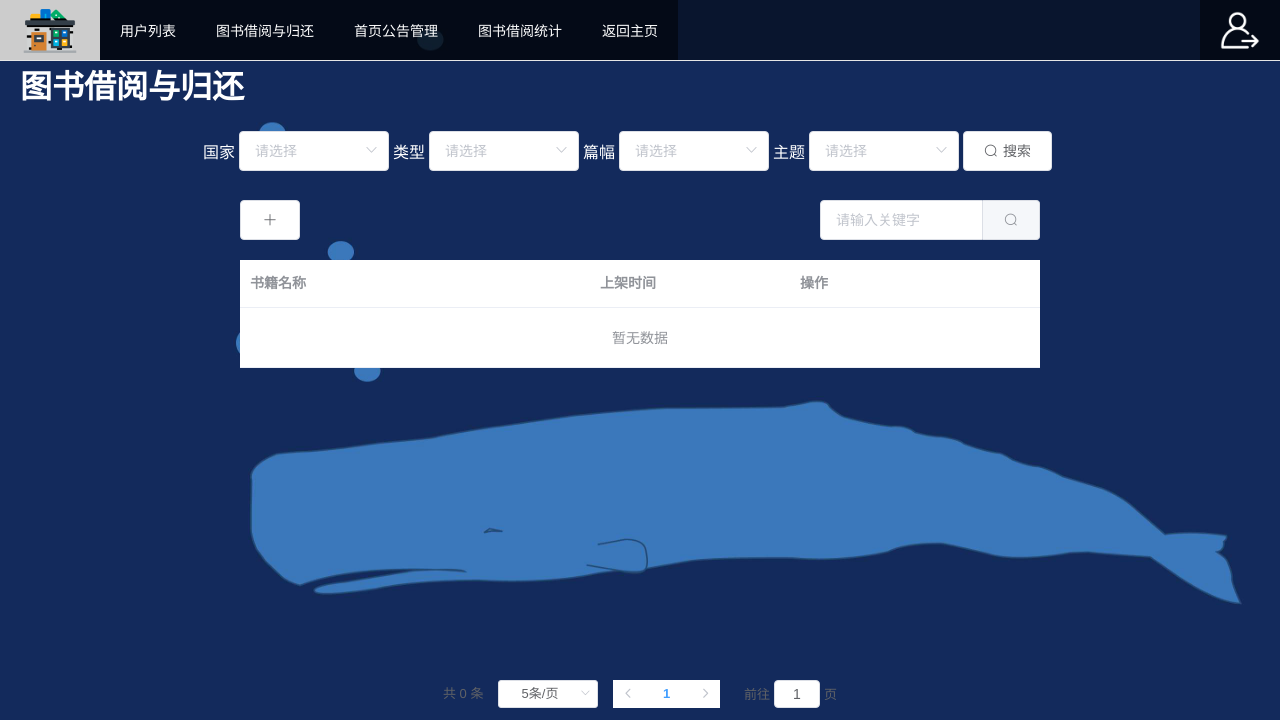
Repository: Akron-xz/helloVue
Page: /#/booksearch (app in vue-library/)
An editor plug-in stored every save of this project. The page is shown before and after the next save, followed by the edit.
The browser window is 1280 px wide. The pictures show the whole page.
The page's requests for data from a server got no answer. The project was rebuilt for these pictures with package versions that can differ from the ones it lists, and the page was loaded fresh each time. No one was signed in, and anything a server would have sent is missing. Also part of the build but not shown: vue-library/src/components/homeNav.vue, vue-library/src/views/Home.vue.

Above is the page before, as saved 2020-11-25 21:23:46.

### vue-library/src/main.js
import Vue from 'vue'
import App from './App.vue'
import ElementUI from 'element-ui';
import 'element-ui/lib/theme-chalk/index.css';
import axios from "axios"
import router from './router'
import Router from 'vue-router'

const routerPush = Router.prototype.push
Router.prototype.push = function push(location) {
    return routerPush.call(this, location).catch(error => error)
}

Vue.config.productionTip = false
Vue.use(ElementUI);
Vue.prototype.$axios = axios;


new Vue({
    router,
    render: h => h(App)
}).$mount('#app')

### vue-library/src/router/index.js
import Vue from 'vue'
import VueRouter from 'vue-router'
import Home from '../views/Home.vue'


Vue.use(VueRouter)

const routes = [{
        path: '/',
        name: 'Home',
        component: Home
    },
    {
        path: '/about',
        name: 'About',
        // route level code-splitting
        // this generates a separate chunk (about.[hash].js) for this route
        // which is lazy-loaded when the route is visited.
        component: () =>
            import ( /* webpackChunkName: "about" */ '../views/About.vue')
    },
    {
        path: '/admin',
        name: 'Admin',
        // route level code-splitting
        // this generates a separate chunk (about.[hash].js) for this route
        // which is lazy-loaded when the route is visited.
        component: () =>
            import ( /* webpackChunkName: "about" */ '../views/Administrator.vue')
    },
    {
        path: "/userLogin",
        name: "UserLogin",
        component: () =>
            import ('../views/UserLogin.vue')
    },
    {
        path: "/user",
        name: "User",
        component: () =>
            import ( /* webpackChunkName: "about" */ '../views/User.vue')
    },
    {
        path: "/signup",
        name: "SignUp",
        component: () =>
            import ('../views/SignUp.vue')
    },
    {
        path: "/adminmain",
        name: "AdminMain",
        component: () =>
            import ('../views/AdminMain.vue')
    },
    {

        path: "/MyInformation",
        name: "MyInformation",
        component: () =>
            import ('../views/MyInformation.vue')
    },
    {
        path: "/library",
        name: "Library",
        component: () =>
            import ( /* webpackChunkName: "about" */ '../views/Library.vue')

    },
    {
        path: "/modifymsg",
        name: "ModifyMsg",
        component: () =>
            import ('../views/ModifyMsg.vue')
    },
    {
        path: "/borrowhistory",
        name: "BorrowHistory",
        component: () =>
            import ('../views/BorrowHistory.vue')
    },
    {
        path: "/newissue",
        name: "NewIssue",
        component: () =>
            import ('../views/NewIssue.vue')
    },
    {
        path: "/booksearch",
        name: "BookSearch",
        component: () =>
            import ('../views/BookSearch.vue')
    },
    {
        path: "/MyBookshelves",
        name: "MyBookshelves",
        component: () =>
            import ('../views/MyBookshelves.vue')
    },
    {
        path: "/modifyAnnounce",
        name: "ModifyAnnounce",
        component: () =>
            import ('../views/ModifyAnnounce.vue')
    },
    {
        path: "/statistics",
        name: "Statistics",
        component: () =>
            import ('../views/Statistics.vue')
    },


]

const router = new VueRouter({
    routes
})

export default router

### vue-library/src/views/BookSearch.vue
<template >
  <div class="search-container">
    <Navigation></Navigation>

    <div v-show="ModifyTableDisplay">
      <div v-show="InsertTableDisplay">
        <h1 class="search-title">图书借阅与归还</h1>
        <div class="choiceBox">
          <table :rules="rules" ref="ruleForm">
            <tr>
              <td class="select-header">国家</td>
              <td>
                <el-select v-model="couId" placeholder="请选择" style="width: 150px" clearable>
                  <el-option
                    v-for="item in country" :key="item.countryId" :label="item.countryName"
                    :value="item.countryId"
                  ></el-option>
                </el-select>
              </td>
              <td class="select-header">类型</td>
              <td>
                <el-select v-model="tyId" placeholder="请选择" style="width: 150px" clearable>
                  <el-option
                    v-for="item in type" :key="item.typeId" :label="item.typeName"
                    :value="item.typeId"
                  ></el-option>
                </el-select>
              </td>
              <td class="select-header">篇幅</td>
              <td>
                <el-select v-model="pagenumber" placeholder="请选择" style="width: 150px" clearable>
                  <el-option
                    v-for="item in pages" :key="item.pageId" :label="item.pageName"
                    :value="item.pageId"
                  ></el-option>
                </el-select>
              </td>
              <td class="select-header">主题</td>
              <td>
                <el-select v-model="thId" placeholder="请选择" style="width: 150px" clearable>
                  <el-option
                    v-for="item in theme" :key="item.themeId" :label="item.themeName" :value="item.themeId"
                  ></el-option>
                </el-select>
              </td>
              <td>
              <el-button type="" icon="el-icon-search" @click="selectByLabel">搜索</el-button>

              </td>



            </tr>
          </table>
        </div>




        <div class="searchBox">
        <el-button class="insert-btn" type="" icon="el-icon-plus"  @click="MsgInsert"></el-button>
          <el-input placeholder="请输入关键字" style="width: 220px" class="input-with-select"
          v-model="key"
          @keyup.enter.native="searchContent">
          <el-button slot="append" icon="el-icon-search" @click="selectByKey"></el-button>
        </el-input>
        </div>

        <div class="table-box">
          <el-table
            :data="lists.slice((page.currentPage - 1) * page.pageSize,
                page.currentPage * page.pageSize)" max-height="350"
            style="width: 100%">

            <el-table-column prop="bookName" label="书籍名称" width="350">
            </el-table-column>
            <el-table-column prop="onTimeStr" label="上架时间" width="200">
            </el-table-column>
            <el-table-column label="操作">
              <template slot-scope="scope">
                <el-button @click="MsgModify(scope.row)" type="primary " class="edit-btn"
                  size="small">编辑</el-button>
                  <el-button @click="bookHistoryOfUser(scope.row)" type="primary " class="edit-btn"
                  size="small">查看</el-button>
              </template>
            </el-table-column>
          </el-table>
        </div>
        <!-- 分页器 -->
        <div class="block" style="margin-top: 465px">
          <el-pagination
            align="center"
            @size-change="handleSizeChange"
            @current-change="handleCurrentChange"
            :current-page="page.currentPage"
            :page-sizes="[1, 5, 10, 20]"
            :page-size="page.pageSize"
            layout="total, sizes, prev, pager, next, jumper"
            :total="lists.length"
            style="cursor:pointer;"
            title="回车确认"
          >
          </el-pagination>

        </div>
      </div>
    </div>
    <!-- 添加书籍弹窗 -->

    <div class="MsgModify-box" v-show="!InsertTableDisplay">
    <div class="bookName-box">
    书名<input type="text" v-model="addBookData.bookName" style="width: 752px; height: 35px"
    placeholder="请输入">
    </div>
      <table >
       <!-- <tr>

          <td style="font-size: 25px">书名</td>
          <td>
            <input type="text" v-model="addBookData.bookName" style="width: 210px; height: 35px"
              placeholder="请输入"
            />

          </td>
        </tr>-->
        <tr>
          <td>国家</td>
          <td>
            <el-select v-model="addBookData.country.countryId" placeholder="请选择" clearable>
              <el-option  v-for="item in country"  :key="item.countryId" :label="item.countryName"
                :value="item.countryId"
              ></el-option>
            </el-select>
          </td>
          <td>类型</td>
          <td>
            <el-select v-model="addBookData.type.typeId" placeholder="请选择" clearable
            >
              <el-option v-for="item in type" :key="item.typeId"  :label="item.typeName"
                :value="item.typeId"
              ></el-option>
            </el-select>
          </td>
          <td>上架数量</td>
          <td>
            <el-input placeholder="上架数量" v-model="addBookData.onNumber">
            </el-input>
          </td>
        </tr>
        <tr>
          <td>篇幅</td>
          <td>
            <el-select v-model="addBookData.pages" placeholder="请选择" clearable>
              <el-option
                v-for="item in pages" :key="item.pageId" :label="item.pageName"
                :value="item.pageId"
              ></el-option>
            </el-select>
          </td>
          <td>主题</td>
          <td>
            <el-select v-model="addBookData.theme.themeId" placeholder="请选择" clearable>
              <el-option
                v-for="item in theme" :key="item.themeId" :label="item.themeName"
                :value="item.themeId"
              >
              </el-option>
            </el-select>
          </td>
          <td>下架数量</td>
          <td>
            <el-input v-model="addBookData.offNumId" ></el-input>
          </td>
        </tr>
        <tr>
          <td>简介:</td>
        </tr>
        <div class="briefBox">
          <textarea name="txt" clos="50" rows="5" warp="virtual"
            style="width: 760px;height: 150px"
            v-model="addBookData.brief"
          ></textarea>
          <div class="MsgSave-btn">
            <el-button type="primary" @click="MsgSaveI()">保存</el-button>
          </div>
        </div>
      </table>
    </div>
    <!-- 编辑弹窗 -->
    <div class="MsgModify-box" v-show="!ModifyTableDisplay">
    <div class="bookName-box">
    书名<input type="text" v-model="bookData[0].bookName" style="width: 752px; height: 35px"
  >
    </div>
      <table>
        <!--<tr>
          <td></td>
          <td></td>
          <td style="font-size: 25px">书名</td>
          <td>
            <input
              type="text"
              v-model="bookData[0].bookName"
              style="width: 210px; height: 35px"
            />
          </td>
        </tr>-->
        <tr>
          <td>国家</td>
          <td>
            <el-select
              v-model="bookData[0].country.countryId"
              placeholder="请选择"
              clearable
            >
              <el-option
                v-for="item in country" :key="item.countryId" :label="item.countryName"
                :value="item.countryId"
              ></el-option>
            </el-select>
          </td>
          <td>类型</td>
          <td>
            <el-select v-model="bookData[0].type.typeId" placeholder="请选择" clearable>
              <el-option
                v-for="item in type" :key="item.typeId" :label="item.typeName"
                :value="item.typeId"
              ></el-option>
            </el-select>
          </td>
          <td>上架数量</td>
          <td>
           <el-input v-model="bookData[0].onNumber" placeholder="上架数量"></el-input>

          </td>
        </tr>
        <tr>
          <td>篇幅</td>
          <td>
            <el-select v-model="bookData[0].pages" placeholder="请选择" clearable>
              <el-option
                v-for="item in pages" :key="item.pageId" :label="item.pageName"
                :value="item.pageId"
              ></el-option>
            </el-select>
          </td>
          <td>主题</td>
          <td>
            <el-select v-model="bookData[0].theme.themeId" placeholder="请选择" clearable>
              <el-option
                v-for="item in theme"  :key="item.themeId"  :label="item.themeName"
                :value="item.themeId"
              >
              </el-option>
            </el-select>
          </td>
          <td>下架数量</td>
          <td>
           <el-input v-model="bookData[0].offNumber" placeholder="下架数量"></el-input>

          </td>
        </tr>
        <tr>
          <td>简介</td>
        </tr>

      </table>
      <div class="briefBox">
        <textarea name="txt" clos=",50" rows="5" warp="virtual"
          style="width: 760px; height: 150px"
          v-model="bookData[0].brief"
        ></textarea>
        <div class="MsgSave-btn">
          <el-button type="primary" @click="MsgSaveM">保存</el-button>
        </div>
      </div>
    </div>
    <el-dialog title="借阅用户" :visible.sync="bookHistoryIfo"
        :append-to-body="true"
        :modal-append-to-body="false"
        :center="true">
  <el-table :data="borrowLists">
     <el-table-column property="user.name" label="用户名" width="80"></el-table-column>
     <el-table-column property="borrowTimeStr" label="借阅时间" width="150"></el-table-column>
      <el-table-column property="returnTimeStr" label="归还时间" width="150"></el-table-column>
      <el-table-column property="borrowStatesStr" label="状态" width="150">
      </el-table-column>
  </el-table>
</el-dialog>
  </div>
</template>
<script>
import Navigation from "@/components/Nav.vue";
import axios from "axios";
export default {
  components: {
    Navigation,
  },
  methods: {
    // 编辑按钮
    MsgModify(row) {
      this.ModifyTableDisplay = !this.ModifyTableDisplay;
      this.bookData = [row];
      console.log(this.bookName);
      console.log(row);
    },
    //
    bookHistoryOfUser(row){
      this.bookHistoryIfo = !this.bookHistoryIfo
      this.bookData = [row];
      axios({
        method:"get",
        url:"http://localhost:8081/book/borrows",
        params:{
          id:this.bookData[0].bookId
        }
      }).then(res=>{
        console.log(res.data);
        this.borrowLists = res.data;
        // this.borrowLists.userName = res.data.user.name;
        // this.borrowLists.borrowTime = res.data.borrowTimeStr;
        // this.borrowLists.returnTime = res.data.returnTimeStr
        // this.borrowLists.borrowStates = res.data.borrowStates ? "借出" : "归还";
        console.log(this.borrowLists);
      })
      },
    // 保存按钮
    MsgSaveM() {
      if(this.bookData[0].bookName==""){
        this.$message({
          message:"书名不能为空",
          type:"error"
        });
      }else{
               axios({
        method:"post",
        url:"http://localhost:8081/book/update/",
        data:{
         bookId:this.bookData[0].bookId,
         bookName:this.bookData[0].bookName,
         country:{
           countryId:this.bookData[0].country.countryId,
         },
         type:{
           typeId:this.bookData[0].type.typeId,
         },
         theme:{
           themeId:this.bookData[0].theme.themeId,
         },
         brief:this.bookData[0].brief,
         onNumber:this.bookData[0].onNumber,
         offNumber:this.bookData[0].offNumber,
         pages:this.bookData[0].pages,
         onTime:this.bookData[0].onTime,
         offTime:this.bookData[0].offTime,
         surplusNumber:(this.bookData[0].onNumber-this.bookData[0].offNumber),
         borrows:this.bookData[0].borrows,

        }
      }).then(res=>{
          this.$message({
          message:"图书"+res.data,
          type:"success"
        });
      })
      this.ModifyTableDisplay = !this.ModifyTableDisplay;
      }

    },
    MsgInsert() {
      this.InsertTableDisplay = !this.InsertTableDisplay;
    },
    MsgSaveI() {
      axios({
        method:"post",
        url:"http://localhost:8081/book/add/",
        data:{
        bookName:this.addBookData.bookName,
        country:{
        countryId:this.addBookData.country.countryId,
         },
         type:{
           typeId:this.addBookData.type.typeId,
         },
         theme:{
           themeId:this.addBookData.theme.themeId,
         },
         brief:this.addBookData.brief,
         onNumber:this.addBookData.onNumber,
         pages:this.addBookData.pages,
         offNumber:0,
         surplusNumber:this.addBookData.onNumber
        }
      })
      this.InsertTableDisplay = !this.InsertTableDisplay;
       },


    handleSizeChange(val) {
      console.log(`每页 ${val} 条`);
      this.page.currentPage = 1;
      this.page.pageSize = val;
    },
    handleCurrentChange(val) {
      console.log(`当前页: ${val}`);
      this.page.currentPage = val;
    },
    selectByLabel() {
      axios
        .post(
          "http://localhost:8081/book/list/label",

          {
            countryId: this.couId,
            typeId: this.tyId,
            themeId: this.thId,
            lengthRange: this.pagenumber,
          },
          { emulateJSON: true }
        )
        .then((res) => {
          this.lists = res.data;
          console.log(this.lists);
        })
        .catch((err) => console.log("error...", err));
    },
    selectByKey() {
      axios
        .get("http://localhost:8081/book/list/key", {
          params: {
            key: this.key,
          },
        })
        .then((res) => {
          this.lists = res.data;
          this.key = "";
        })
        .catch((err) => console.log("error...", err));
    },
  },

  data() {
    return {
      couId: "",
      tyId: "",
      thId: "",
      input: "",
      onNumId: "",
      offNumId: "",
      key: "",
      pagenumber: "",
      borrowLists:[
        // {
        //   userName:"",
        //   borrowTime:"",
        //   returnTime:"",
        //   borrowStates:"",
        // }
      ],
      bookData: [
        {
          bookId:0,
          bookName: "1",
          country: {
            countryId: "",
            countryName: "",
          },
          type: {
            typeId: 0,
            typeName: "",
          },
          theme: {
            themeId: 0,
            themeName: "",
          },
          onNumber: 0,
          offNumber:0,
          pages: 0,
          brief: "暂无",
          onTime:"",
          offTime:"",
          surplusNumber:"",
          borrows:""
        },
      ],
      bookName: "",
      bookHistoryIfo:false,
      ModifyTableDisplay: true,
      InsertTableDisplay: true,
      brief: "暂无",
      book_name: "",
      lists: [],
      country: [
        {
          countryId: 0,
          countryName: "",
        },
      ],

      // 类型
      type: [
        {
          typeId: 0,
          typeName: "",
        },
      ],

      // 篇幅

      // 主题

      pages: [
        {
          pageId: 1,
          pageName: "短篇",
        },
        {
          pageId: 2,
          pageName: "中篇",
        },
        {
          pageId: 3,
          pageName: "长篇",
        },
        {
          pageId: 4,
          pageName: "超长篇",
        },
      ],

      theme: [
        {
          themeId: 0,
          themeName: "",
        },
      ],

      onNumber: [
        {
          onNumberId: 0,
          onNumber: 0,
        },
      ],

      offNumber: [
        {
          offNumberId: 0,
          offNumber: 0,
        },
      ],

      page: {
        currentPage: 1, // 当前页码
        total: 20, // 总条数
        pageSize: 5, // 每页的数据条数
      },
      tableData: [
        {
          bookName: "1",
          country: {
            countryId: 0,
            countryName: "",
          },

          type: "3",
          theme: "4",
          brief: "5",
        },
      ],
      addBookData:{
         bookName: "",
          country: {
            countryId: "",
            countryName: "",
          },
          type: {
            typeId: "",
            typeName: "",
          },
          theme: {
            themeId: "",
            themeName: "",
          },
          onNumber: 0,
          offNumber:0,
          pages: "",
          brief: "暂无",
      },
       rules: {
          bookName: [
            { required: true, message: '选择不能为空', trigger: 'change' }
          ],
       }
    };
  },
  created() {
    axios

      .get("http://localhost:8081/book/list", {})
      .then((res) => {
        this.lists = res.data;
      })
      .catch((err) => console.log("error...", err));

    axios.get("http://localhost:8081/country/list").then((res) => {
      this.country = res.data;
    });
    axios.get("http://localhost:8081/type/list").then((res) => {
      this.type = res.data;
    });
    axios.get("http://localhost:8081/theme/list").then((res) => {
      this.theme = res.data;
    });
  },
};
</script>

<style scoped>
.search-container {
  position: fixed;
  left: 0;
  top: 0;
  width: 100%;
  height: 100%;
  background-image: url(/img/divBg/bg34.jpg);
  background-size: 100% 100%;
}

.choiceBox{
  position: fixed;
  width: 1000px;
  right: 50%;
  margin-right: -560px;
}
.table-box {
  position: fixed;
  top: 260px;
  left: 50%;
  margin-left: -400px;
  width: 800px;
}

.search-title {
  margin-top: 0px;
  margin-left: 20px;
  text-align: left;
  font-size: 32px;
  color: white;
}
.MsgModify-box {
  position: fixed;
  top: 240px;
  right: 50%;
  margin-right: -410px;
  color: white;
}
.briefBox {
  position: fixed;
  top: 335px;
  right: 50%;
  margin-right: -410px;
}
.searchBox{
  position: fixed;
  top: 200px;
  width: 200px;
  right: 50%;
  margin-right: -380px;
}
.select-header{
  color: white;
}
.insert-btn{
  position: fixed;
  width: 60px;
  right: 50%;
  margin-right: 340px;
}
.bookName-box{
 position: fixed;
 width: 800px;
 right: 50%;
margin-right: -407px;
 top: 200px;
 font-size: 20px;
}
.block{
  position: fixed;
  bottom: 10px;
  width: 600px;
  left: 50%;
  margin-left: -300px;
  color: white
}
</style>

### vue-library/src/components/Nav.vue
<template>

     <div class="navigation-bar">
      <el-menu
        class="el-menu-demo"
        mode="horizontal"
        @select="handleSelect"
        background-color="#00000080"
        text-color="#ffffff"
        text-font="15px">

        <el-menu-item @click="toMain">
                <img src="/img/libraryIcon.png" alt="" target="_self" class="libraryIcon">
            </el-menu-item>

        <el-menu-item index="1" @click="toSearchClient">
          <a  target="_self"  >用户列表</a></el-menu-item
        >
        <el-menu-item index="2" @click="toBooks">
          <a  target="_self">图书借阅与归还</a>
        </el-menu-item>

        <el-menu-item index="3" @click="toAnnounce">
          <a  target="_self">首页公告管理</a>
        </el-menu-item>
        <el-menu-item index="4" @click="toStatistics">
          <a  target="_self">图书借阅统计</a></el-menu-item
        >
        <el-menu-item index="5" @click="toHome">
          <a  target="_self">返回主页</a>
        </el-menu-item>

        <el-menu-item index="6" class="exitIcon">
                <img src="/img/logoutIconWhite.png" alt="" target="_self" class="logoutIcon" @click="logOut">
        </el-menu-item>

      </el-menu>

    </div>
</template>

<script>
export default {
    name:"Nav",
    data() {
      return {
        activeIndex: '1'
      }
    },
    methods: {
    handleSelect(key, keyPath) {
      console.log(key, keyPath);
    },
    toMain(){
      this.$router.push({path:'/adminmain'});
    },

    toSearchClient(){
      this.$router.push({path:'/newissue'});
    },
    toSearchFile(){
      this.$router.push({path:'/signup'});
    },
    toAnnounce(){
      this.$router.push({path:'/modifyannounce'});
    },
    toBooks(){
      this.$router.push({path:'/booksearch'});
    },
    toStatistics(){
      this.$router.push({path:'/Statistics'});
    },
    toHome(){
      this.$router.push({path:'/'});
    },
     logOut(){
      this.$router.push({path:'/'});
    },


  },

}
</script>>

<style scoped>
.libraryIcon{
  height: 60px;
  width: 60px;
}

.exitIcon{
  float: right;
}

.logoutIcon{
  height: 40px;
  width: 40px;
}
</style>>

Loaded but not shown: vue-library/public/index.html (common file); vue-library/src/App.vue (common file)

After the next save:
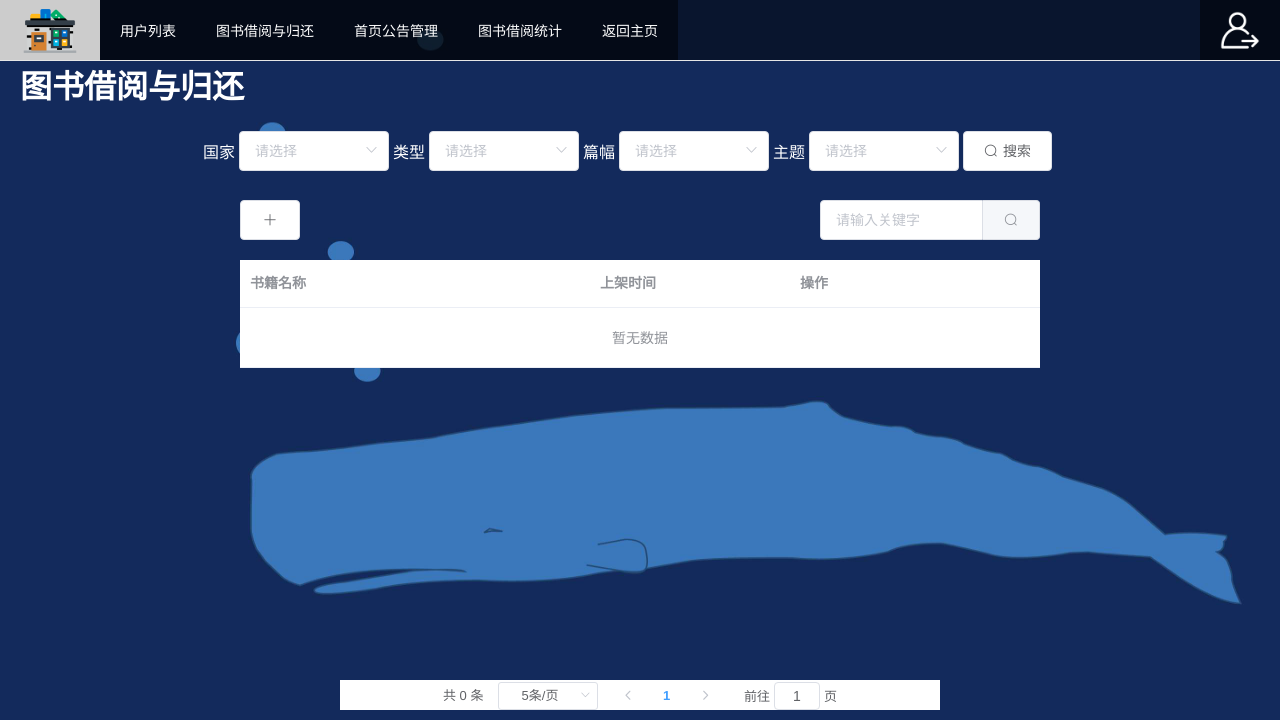
Saved 33 s later.
--- a/vue-library/src/views/BookSearch.vue
+++ b/vue-library/src/views/BookSearch.vue
@@ -688,8 +688,9 @@ margin-right: -407px;
   position: fixed;
   bottom: 10px;
   width: 600px;
+  height: 30px;
   left: 50%;
   margin-left: -300px;
-  color: white
+  background-color: white;
 }
 </style>
